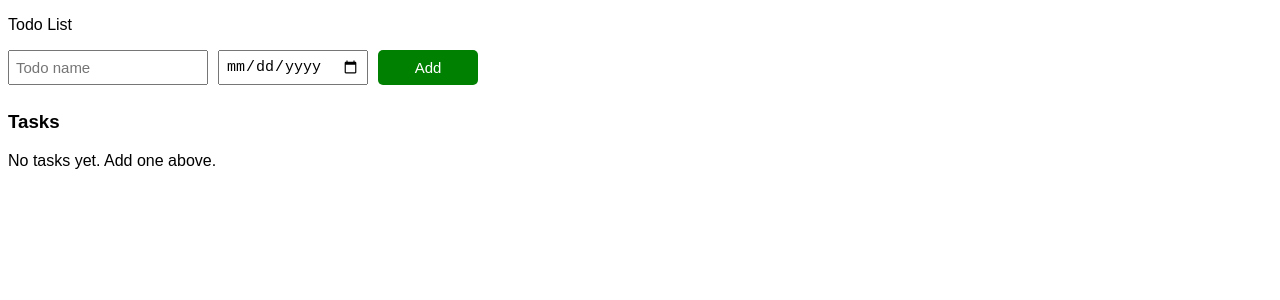
Repository: hawamubarakk/To-Do-list-
Page: 11-to-do-list.html
The author's editor kept a copy of each file at every save. The page is drawn from the files as they stood at one save, then again after the next save.
The browser window is 1280 px wide. The pictures show the whole page.

Above is the page before, as saved 2025-08-16 13:37:18.
Console error: ReferenceError: todoList is not defined

### 11-to-do-list.html
<!DOCTYPE html>
<html>
  <head>
    <title>Todo List</title>
    <link rel="stylesheet" href="11-to-do-list.css">
  </head>
  <body>
    <p>Todo List</p>

    <div class="todo-input-grid">
      <input placeholder="Todo name" id="todoText"
        class="js-name-input name-input">
      <input type="date" id="todoDate"
        class="js-due-date-input due-date-input">
      <button onclick="
        addTodo();
      " class="add-todo-button" id = "addBtn">Add</button>
    </div>

    <div class="js-todo-list todo-grid"></div>

    <script src="11-to-do-list.js"></script>

    <ul id="taskList"></ul>

    <h3 style="margin-top:16px;">Tasks</h3>
    <p id="empty-state">No tasks yet. Add one above.</p>
    <ul id="todo-list" class="todo-list"></ul>

  </body>
</html>

### 11-to-do-list.css
body {
  font-family: Arial;
}

.todo-grid,
.todo-input-grid {
  display: grid;
  grid-template-columns: 200px 150px 100px;
  column-gap: 10px;
  row-gap: 10px;
  align-items: center;
}

.todo-input-grid {
  margin-bottom: 10px;
  align-items: stretch;
}

.name-input,
.due-date-input {
  font-size: 15px;
  padding: 6px;
}

.add-todo-button {
  background-color: green;
  color: white;
  border: none;
  font-size: 15px;
  cursor: pointer;
}

.delete-todo-button {
  background-color: darkred;
  color: white;
  border: none;
  font-size: 15px;
  cursor: pointer;
  padding-top: 10px;
  padding-bottom: 10px;
}

.todo-row {
  display: contents; /* Allows children to follow the .todo-grid layout */
}

.completed {
  text-decoration: line-through;
  color: gray;
}
button {
  background: green;
  color: white;
  border: none;
  padding: 8px 15px;
  border-radius: 5px;
  cursor: pointer;
}
button:hover {
  background: darkgreen;
}

.todo-list { list-style: none; padding: 0; margin-top: 8px; }
.todo-item {
  display: flex; justify-content: space-between; align-items: center;
  padding: 10px 12px; border: 1px solid #ddd; border-radius: 6px;
  margin-bottom: 8px;
}
.todo-text { font-weight: 500; }
.todo-date { opacity: 0.7; font-size: 0.9rem; }

### 11-to-do-list.js

renderTodoList();

function renderTodoList() {
  let todoListHTML = '';

  for (let i = 0; i < todoList.length; i++) {
    const todoObject = todoList[i];
    //const name = todoObject.name;
    //const dueDate = todoObject.dueDate;
    const { name, dueDate } = todoObject;
    const html = `
    <div class="todo-row">
        <div>${name}</div>
        <div>${dueDate}</div>
        <button onclick="
        todoList.splice(${i}, 1);
        renderTodoList();
        " class="delete-todo-button">Delete</button>
    </div>
`;
    todoListHTML += html;
  }

  document.querySelector('.js-todo-list')
    .innerHTML = todoListHTML;
}

function addTodo() {
  const inputElement = document.querySelector('.js-name-input');
  const name = inputElement.value;

  const dateInputElement = document.querySelector('.js-due-date-input');
  const dueDate = dateInputElement.value;

  todoList.push({
    //name: name,
    //dueDate: dueDate,
    name,
    dueDate
  });

  inputElement.value = '';

  renderTodoList();
}

const listEl   = document.getElementById('todo-list');
const emptyEl  = document.getElementById('empty-state');
const textEl   = document.getElementById('todoText');
const dateEl   = document.getElementById('todoDate');
const addBtn   = document.getElementById('addBtn');

function addTask() {
  const text = (textEl.value || "").trim();
  const date = dateEl.value;

  if (!text) { alert("Please enter a task"); return; }

  const li = document.createElement('li');
  li.className = 'todo-item';
  li.innerHTML = `
    <span class="todo-text">${text}</span>
    <span class="todo-date">${date ? new Date(date).toLocaleDateString() : ""}</span>
  `;
  listEl.appendChild(li);

  textEl.value = "";
  dateEl.value = "";
  if (emptyEl) emptyEl.style.display = 'none';
}

addBtn.addEventListener('click', addTask);
textEl.addEventListener('keydown', (e) => { if (e.key === 'Enter') addTask(); });

After the next save:
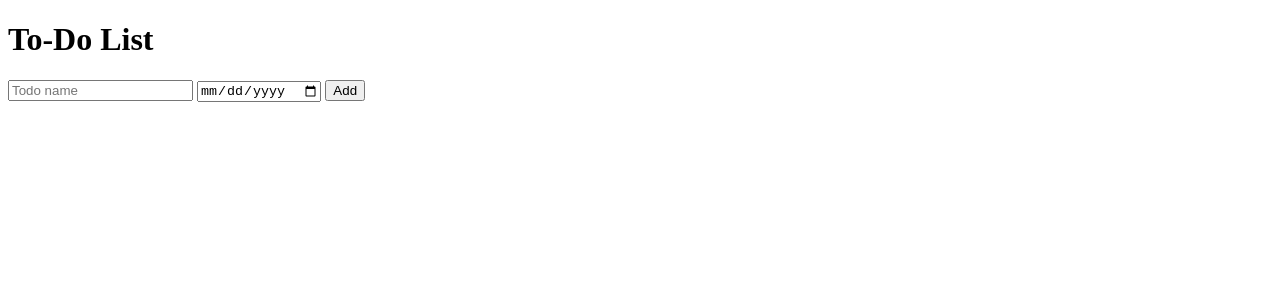
The error is gone.
Not found: script.js
Not found: style.css
Saved 2 min 41 s later.
--- a/11-to-do-list.html
+++ b/11-to-do-list.html
@@ -1,31 +1,24 @@
 <!DOCTYPE html>
-<html>
-  <head>
-    <title>Todo List</title>
-    <link rel="stylesheet" href="11-to-do-list.css">
-  </head>
-  <body>
-    <p>Todo List</p>
+<html lang="en">
+<head>
+  <meta charset="UTF-8">
+  <meta name="viewport" content="width=device-width, initial-scale=1.0">
+  <title>To-Do List App</title>
+  <link rel="stylesheet" href="style.css">
+</head>
+<body>
+  <h1>To-Do List</h1>
 
-    <div class="todo-input-grid">
-      <input placeholder="Todo name" id="todoText"
-        class="js-name-input name-input">
-      <input type="date" id="todoDate"
-        class="js-due-date-input due-date-input">
-      <button onclick="
-        addTodo();
-      " class="add-todo-button" id = "addBtn">Add</button>
-    </div>
+  <!-- Input Section -->
+  <div class="todo-input-grid">
+    <input type="text" placeholder="Todo name" class="js-name-input name-input">
+    <input type="date" class="js-due-date-input due-date-input">
+    <button onclick="addTodo()" class="add-todo-button">Add</button>
+  </div>
 
-    <div class="js-todo-list todo-grid"></div>
+  <!-- Todo List Section -->
+  <div class="todo-grid js-todo-list"></div>
 
-    <script src="11-to-do-list.js"></script>
-
-    <ul id="taskList"></ul>
-
-    <h3 style="margin-top:16px;">Tasks</h3>
-    <p id="empty-state">No tasks yet. Add one above.</p>
-    <ul id="todo-list" class="todo-list"></ul>
-
-  </body>
+  <script src="script.js"></script>
+</body>
 </html>
